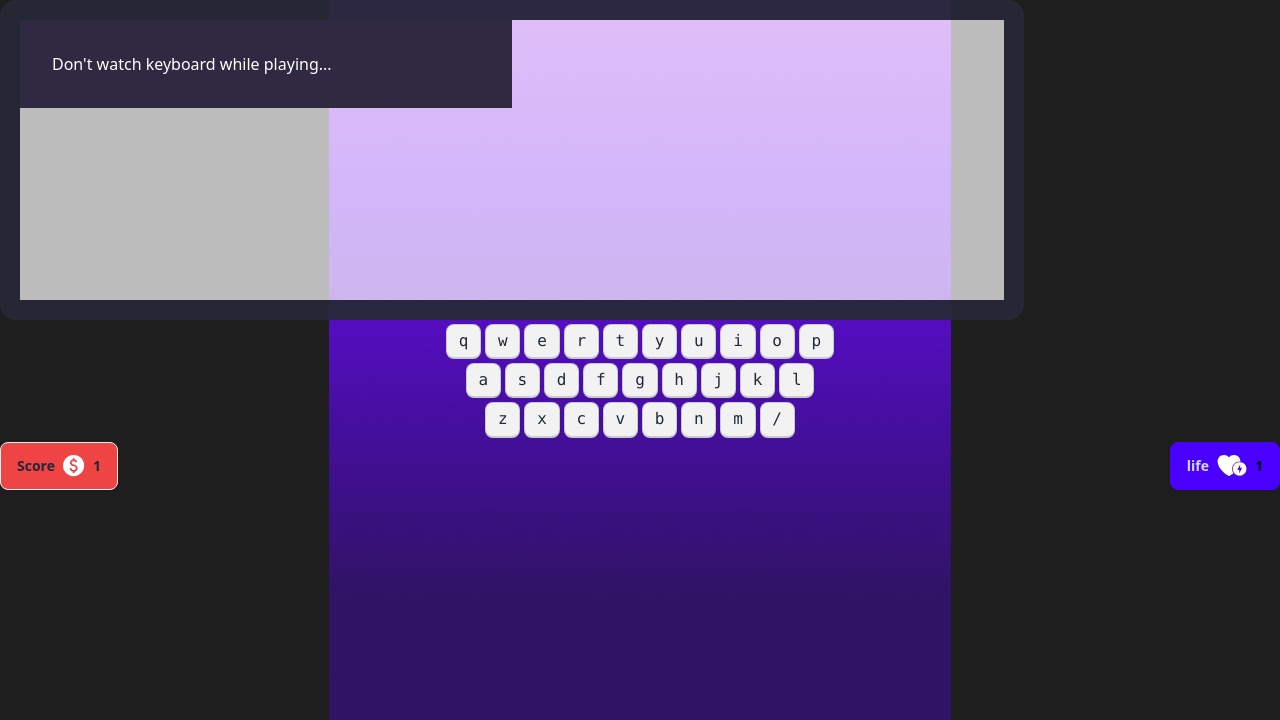
Repository: RudrasahaDibos/Alphabet-clash-
Page: index.html
These files come from the project's save history. The page is drawn as it stood at one moment and after a run of saves; the edit follows.
The browser window is 1280 px wide. The pictures show the whole page.
Some web fonts or font styles are not loaded; a fallback is used. Some web libraries are served in a nearby version.

Above is the page before, as saved 2024-11-04 12:25:16.

### index.html
<!DOCTYPE html>
<html lang="en">
    <head>
        <meta charset="UTF-8">
        <meta name="viewport" content="width=device-width, initial-scale=1.0">
        <title>Alphabet Clash</title>
        <!-- daisy apa -->
        <link
            href="https://cdn.jsdelivr.net/npm/daisyui@4.12.14/dist/full.min.css"
            rel="stylesheet" type="text/css" />
        <script src="https://cdn.tailwindcss.com"></script>

        <!-- custom css  -->
        <link rel="stylesheet" href="style.css">

    </head>
    <body>
        <main
            class="bg-[#1E1E1E] min-h-screen bg-[url(images/background.png)] bg-no-repeat bg-center ">
            <!-- home screen  start here -->
            <section class="min-h-screen flex justify-center items-center hidden">
                <div class="flex flex-col justify-center items-center gap-10 ">
                    <h1
                        class="text-white text-8xl font-extrabold anton-sc-regular uppercase ">ALPHABET
                        CLASH</h1>
                    <p class="text-white ">Unleash Your Keyboard Kung Fu : Press
                        “Enter” to Play</p>
                    <button class="btn bg-white text-black">Play Now </button>
                </div>
            </section>
            <!-- home screen end here -->
            <!-- midlle screen start here -->
            <section>
                    <!-- display screen start here -->
                    <div class="artboard artboard-horizontal phone-6 border-[20px] border-[#010313CC] bg-[#FFFFFFB3] rounded-2xl">
                          <div>
                            <p class="text-white bg-[#2F2941] p-8  w-2/4">Don't watch keyboard  while playing...</p>
                          </div>
                    </div>
                     <!-- dispaly screen end here -->

                     <!-- keyboard start here  -->
                               <div>
                                <div class="my-1 flex w-full justify-center gap-1">
                                    <kbd class="kbd">q</kbd>
                                    <kbd class="kbd">w</kbd>
                                    <kbd class="kbd">e</kbd>
                                    <kbd class="kbd">r</kbd>
                                    <kbd class="kbd">t</kbd>
                                    <kbd class="kbd">y</kbd>
                                    <kbd class="kbd">u</kbd>
                                    <kbd class="kbd">i</kbd>
                                    <kbd class="kbd">o</kbd>
                                    <kbd class="kbd">p</kbd>
                                  </div>
                                  <div class="my-1 flex w-full justify-center gap-1">
                                    <kbd class="kbd">a</kbd>
                                    <kbd class="kbd">s</kbd>
                                    <kbd class="kbd">d</kbd>
                                    <kbd class="kbd">f</kbd>
                                    <kbd class="kbd">g</kbd>
                                    <kbd class="kbd">h</kbd>
                                    <kbd class="kbd">j</kbd>
                                    <kbd class="kbd">k</kbd>
                                    <kbd class="kbd">l</kbd>
                                  </div>
                                  <div class="my-1 flex w-full justify-center gap-1">
                                    <kbd class="kbd">z</kbd>
                                    <kbd class="kbd">x</kbd>
                                    <kbd class="kbd">c</kbd>
                                    <kbd class="kbd">v</kbd>
                                    <kbd class="kbd">b</kbd>
                                    <kbd class="kbd">n</kbd>
                                    <kbd class="kbd">m</kbd>
                                    <kbd class="kbd">/</kbd>
                                  </div>
                               </div>
                      <!-- keyboard end here -->

                      <!-- life and scrore button here -->
                               <div class="flex justify-between ">
                                <button class="btn bg-red-500">
                                    Score
                                      <img src="images/love.svg" alt="">
                                      <span>1</span>
                                  </button>

                                  <button class="btn btn-primary">
                                     life
                                    <img src="images/dolar.svg" alt="">
                                    <span class="text-black">1</span>
                                  </button>
                               </div>
                      <!-- life and scrore button end here -->
            </section>
            <!-- midlle screen end here -->
             <!-- last screen start here -->
            <section>

            </section>
            <!-- last screen end here -->
        </main>
    </body>
</html>

### style.css


@import url('https://fonts.googleapis.com/css2?family=Anton+SC&family=Manrope:wght@200..800&display=swap');


.font-manrope {
    font-family: "Manrope", serif;
  }

  .anton-sc-regular {
    font-family: "Anton SC", sans-serif;
  }

After the next 3 saves:
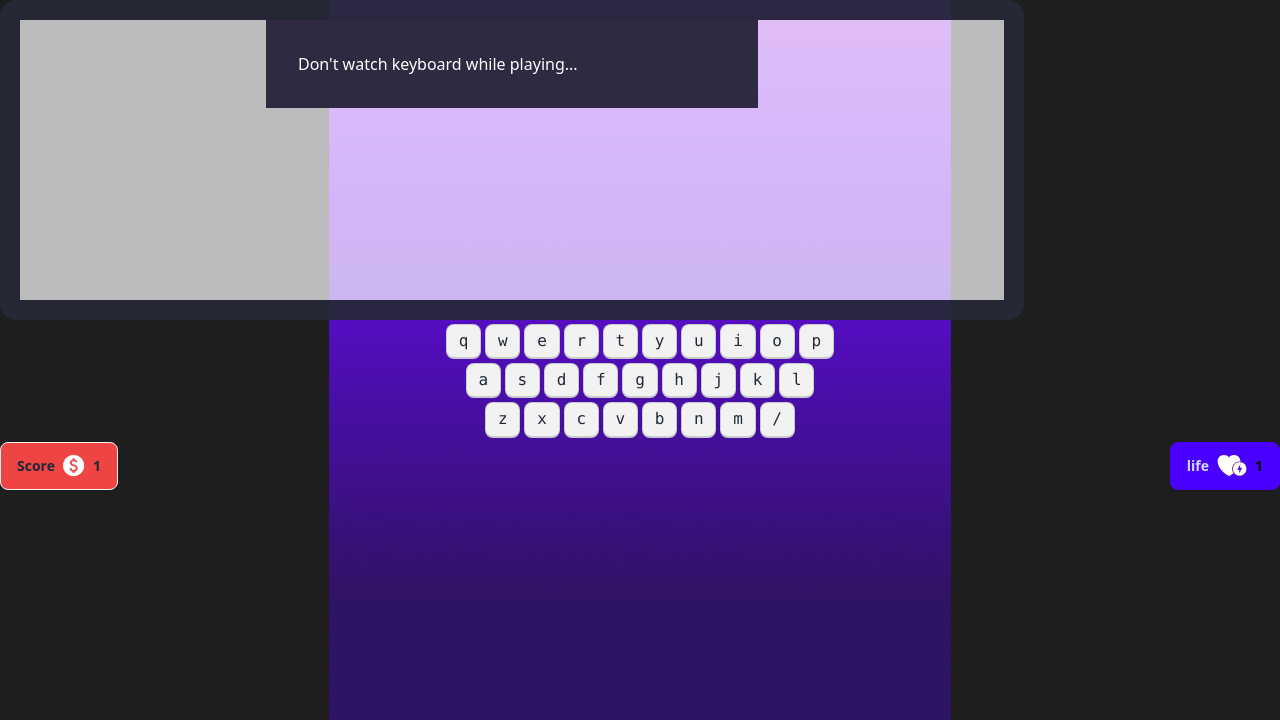
The 3 saves are shown as one change because they came seconds apart.
The last was saved 12 s later.
--- a/index.html
+++ b/index.html
@@ -33,7 +33,7 @@
             <section>
                     <!-- display screen start here -->
                     <div class="artboard artboard-horizontal phone-6 border-[20px] border-[#010313CC] bg-[#FFFFFFB3] rounded-2xl">
-                          <div>
+                          <div class="flex justify-center">
                             <p class="text-white bg-[#2F2941] p-8  w-2/4">Don't watch keyboard  while playing...</p>
                           </div>
                     </div>
